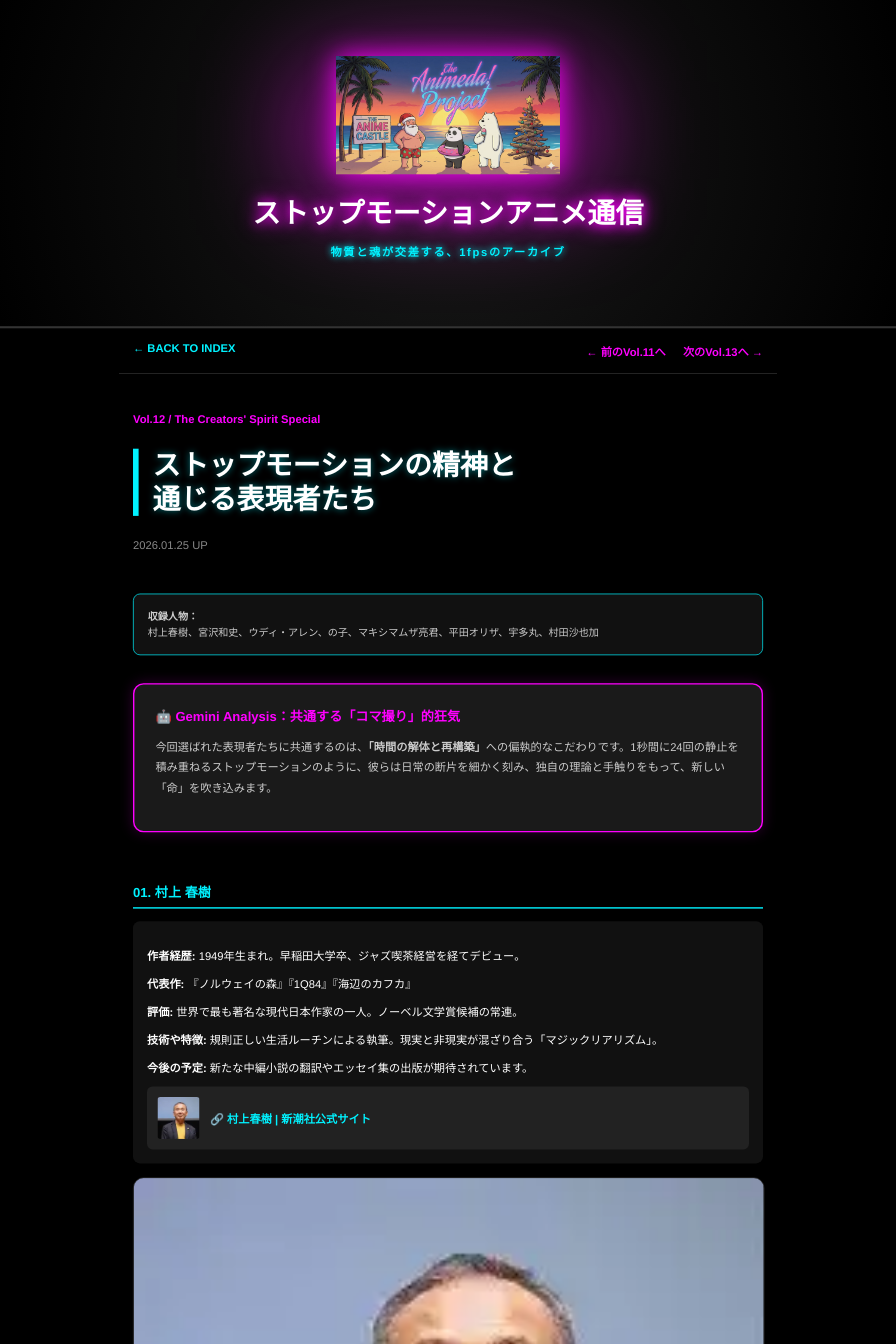
Repository: hamagoro/my-animation-site
Page: episodes/vol12.html
An editor plug-in stored every save of this project. The page is shown before and after the next save, followed by the edit.
The browser window is 1280 px wide. The pictures show the part of the page from y = 0 to 1920 px (the page is 13467 px tall before and 13437 px after), at 70% of full size.
A picture or video elsewhere on the page could not be fetched, so the positions and the page height are approximate.

Above is the page before, as saved 2026-01-25 15:47:48.

After the next save:
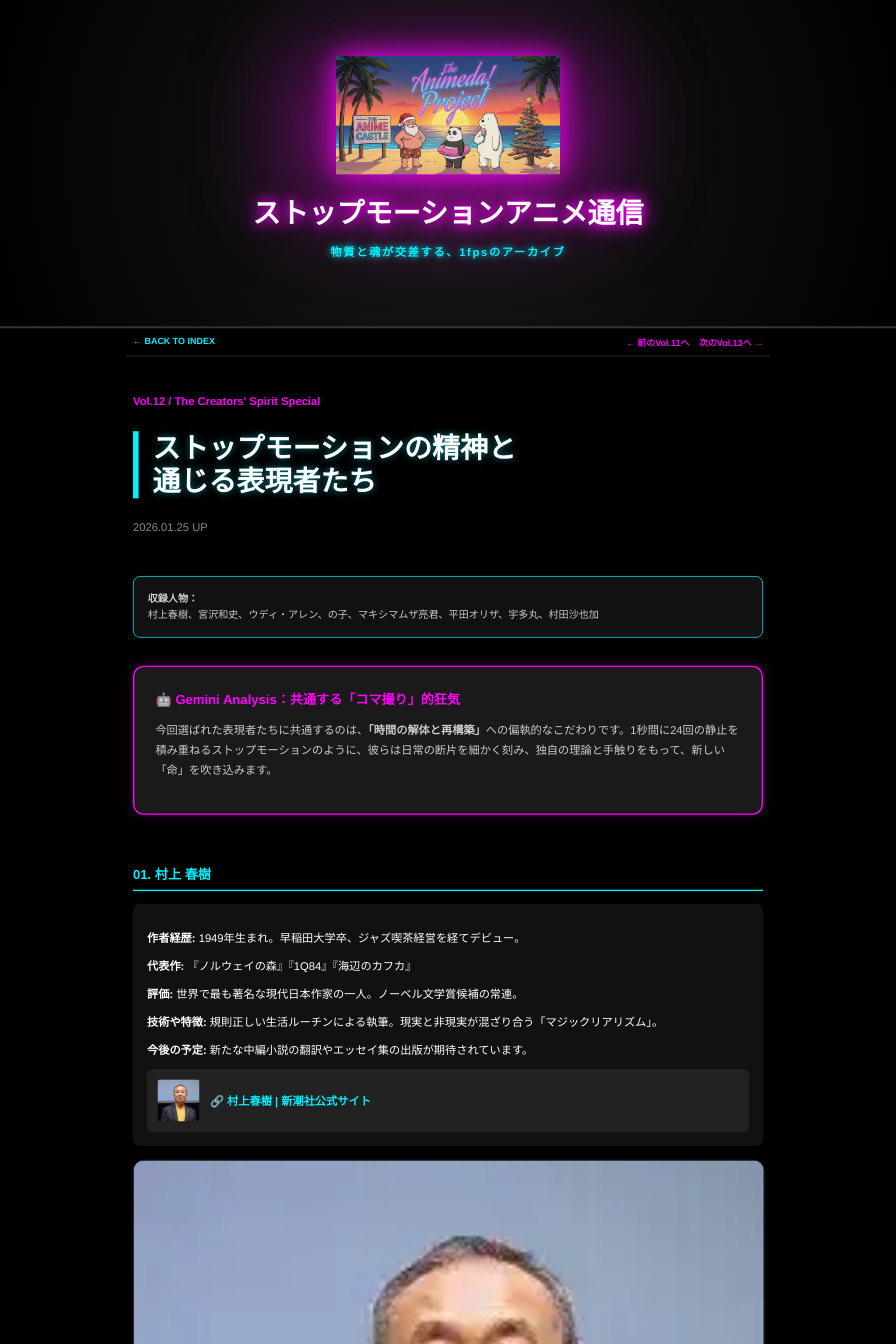
Saved 5 min 42 s later.
--- a/episodes/vol12.html
+++ b/episodes/vol12.html
@@ -23,11 +23,11 @@
         <p class="header-subtitle">物質と魂が交差する、1fpsのアーカイブ</p>
     </header>
 
-    <nav style="padding: 20px; display: flex; justify-content: space-between; font-weight: bold; max-width: 900px; margin: 0 auto; border-bottom: 1px solid #333;">
+    <nav style="padding: 10px; display: flex; justify-content: space-between; font-weight: bold; max-width: 900px; margin: 0 auto; border-bottom: 1px solid #333; font-size: 0.8rem;">
         <a href="../index.html" style="color: #00f2ff; text-decoration: none;">← BACK TO INDEX</a>
         <div>
-            <a href="vol11.html" style="color: #ff00ff; text-decoration: none; margin-right: 20px;">← 前のVol.11へ</a>
-            <a href="vol13.html" style="color: #ff00ff; text-decoration: none;">次のVol.13へ →</a>
+            <a href="vol11.html" style="color: #ff00ff; text-decoration: none; margin-right: 10px; white-space: nowrap;">← 前のVol.11へ</a>
+            <a href="vol13.html" style="color: #ff00ff; text-decoration: none; white-space: nowrap;">次のVol.13へ →</a>
         </div>
     </nav>
 
@@ -250,11 +250,11 @@
 
     </article>
 
-    <nav style="padding: 40px 20px; display: flex; justify-content: space-between; font-weight: bold; max-width: 900px; margin: 0 auto; border-top: 1px solid #333;">
+    <nav style="padding: 40px 10px; display: flex; justify-content: space-between; font-weight: bold; max-width: 900px; margin: 0 auto; border-top: 1px solid #333; font-size: 0.8rem;">
         <a href="../index.html" style="color: #00f2ff; text-decoration: none;">← BACK TO INDEX</a>
         <div>
-            <a href="vol11.html" style="color: #ff00ff; text-decoration: none; margin-right: 20px;">← 前のVol.11へ</a>
-            <a href="vol13.html" style="color: #ff00ff; text-decoration: none;">次のVol.13へ →</a>
+            <a href="vol11.html" style="color: #ff00ff; text-decoration: none; margin-right: 10px; white-space: nowrap;">← 前のVol.11へ</a>
+            <a href="vol13.html" style="color: #ff00ff; text-decoration: none; white-space: nowrap;">次のVol.13へ →</a>
         </div>
     </nav>
 
